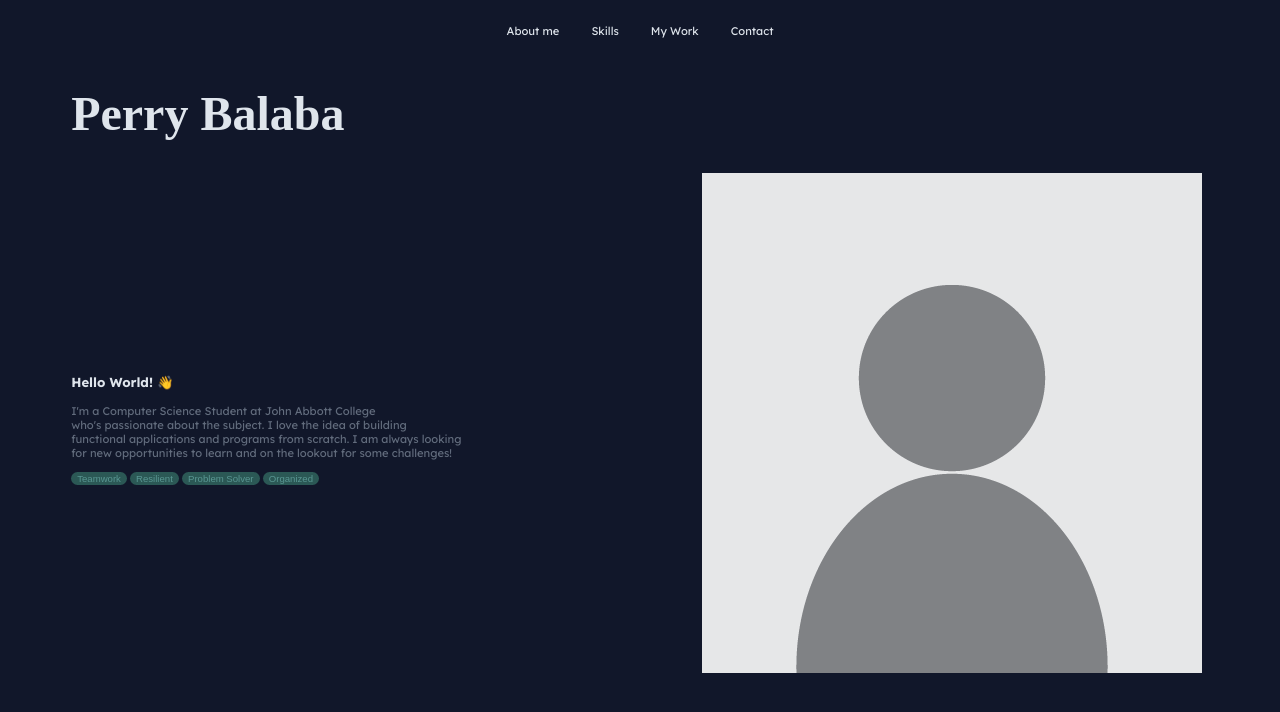
Repository: perrybalaba/perrybalaba
Page: index.html
The author's editor kept a copy of each file at every save. The page is drawn from the files as they stood at one save, then again after the next save.
The browser window is 1280 px wide. The pictures show the whole page.
Some web fonts or font styles are not loaded; a fallback is used.

Above is the page before, as saved 2026-04-24 18:31:30.

### index.html
<!DOCTYPE html>
<html lang="en">
<head>
    <meta charset="UTF-8">
    <meta name="viewport" content="width=device-width, initial-scale=1.0">
    <title>Perry's Portfolio</title>
    <link rel="stylesheet" href="./styles/globals.css"/>
    <link rel="stylesheet" href="./styles/index.css"/>
</head>

<body>
    <main>
        <!-- NAVIGATION BAR -->
        <!-- 👇 TO CHANGE: href -->
        <nav class="Nav-Bar">
            <ul>
                <li><a href="./index.html"> About me </a></li>
                <li><a href="./index.html"> Skills </a></li>
                <li><a href="./index.html"> My Work </a></li>
                <li><a href="./index.html"> Contact </a></li>
            </ul>
        </nav>

        <!-- PAGE HEADER -->
        <header class="Home-Header">
            <h1> Perry Balaba </h1>
        </header>

        <!-- INFORMATION ABOUT ME -->
        <div class ="Info">
            <div class ="Description">
                <h3> Hello World! 👋 </h3>
                <p> I'm a Computer Science Student at John Abbott College <br>
                    who's passionate about the subject. I love the idea of building <br>
                    functional applications and programs from scratch. I am always looking <br>
                    for new opportunities to learn and on the lookout for some challenges!
                </p>

                <!-- SOFT SKILLS -->
                <button type="button" class="Soft-Skills" disabled> Teamwork </button>
                <button type="button" class="Soft-Skills" disabled> Resilient </button>
                <button type="button" class="Soft-Skills" disabled> Problem Solver </button>
                <button type="button" class="Soft-Skills" disabled> Organized </button>
            </div>

            <!-- IMAGE -->
            <!-- 👇 TO CHANGE: Image -->
            <img class="My-Photo" src="./assets/images/blank.png"/>
        </div>
    </main>
</body>
</html>

### styles/globals.css
/* FONTS */
@font-face {
    font-family: "NotoSans";
    src: url(../assets/fonts/Noto_Sans/NotoSans-VariableFont_wdth\,wght.ttf);
}

@font-face {
    font-family: "Lexend";
    src: url(../assets/fonts/Lexend_Deca\,Noto_Sans/Lexend_Deca/LexendDeca-VariableFont_wght.ttf);
}

.Home-Header {
    font-family: "NotoSans";
}

.Nav-Bar {
    font-family: "Lexend";
    color: #dfe5ec;
}

main {
    font-family: "Lexend";
}

/* DESKTOP AND TABLET LAYOUTS */
@media only screen and (min-width: 992px) {
    .Info {
        grid-template-columns: 2fr 2fr;
        align-items: center;
        padding: 0%;
        margin-left: 5%;
        gap: 5%;
    }
}

/* COLOR PALETTE */
body {
    background-color: #11172a;
    color: #626c7d;
}

nav ul li a {
    color: #dfe5ec;
}

h1 {
    color: #dfe5ec
}

h3 {
    color: #dfe5ec;
}

.Soft-Skills {
    color: #599692;
    background-color: #2b5855;
}

### styles/index.css
/* NAVIGATION BAR */
nav ul {
    list-style-type: none;
    margin: 0;
    padding: 0;
    display: flex;
    justify-content: center;
}

nav ul li {
    float: center;
}

nav ul li a {
    display: block;
    text-align: center;
    padding: 1rem;
    text-decoration: none;
    font-size: 0.7rem;
}

nav ul li a:hover {
    transform: scale(1.15);
}

/* CONTENT */
.Home-Header {
    padding: 0;
    font-size: 1.5rem;
    margin-left: 5%;
}

.Info {
    display: grid;
    grid-template-columns: 2fr 2fr;
    align-items: center;
    padding: 0%;
    margin-left: 5%;
    gap: 5%;
}

.Description {
    text-align: left;
    font-size: 0.7rem;
    min-width: 407px;
    min-height: 124px;
}

/* IMAGE */
.My-Photo {
    display: block;
    max-width: 100%;
    height: auto;
}

/* NON-FUNCTIONAL BUTTONS */
.Soft-Skills {
    text-align: center;
    display: inline-block;
    border-radius: 2vw;
    transition-duration: 0.2s;
    max-width: 100%;
    height: 10%;
    font-size: 0.6rem;
    border: none;
    outline: none;
}

.Soft-Skills:hover {
    transform: scale(1.15);
    background-color: aliceblue;
}

After the next save:
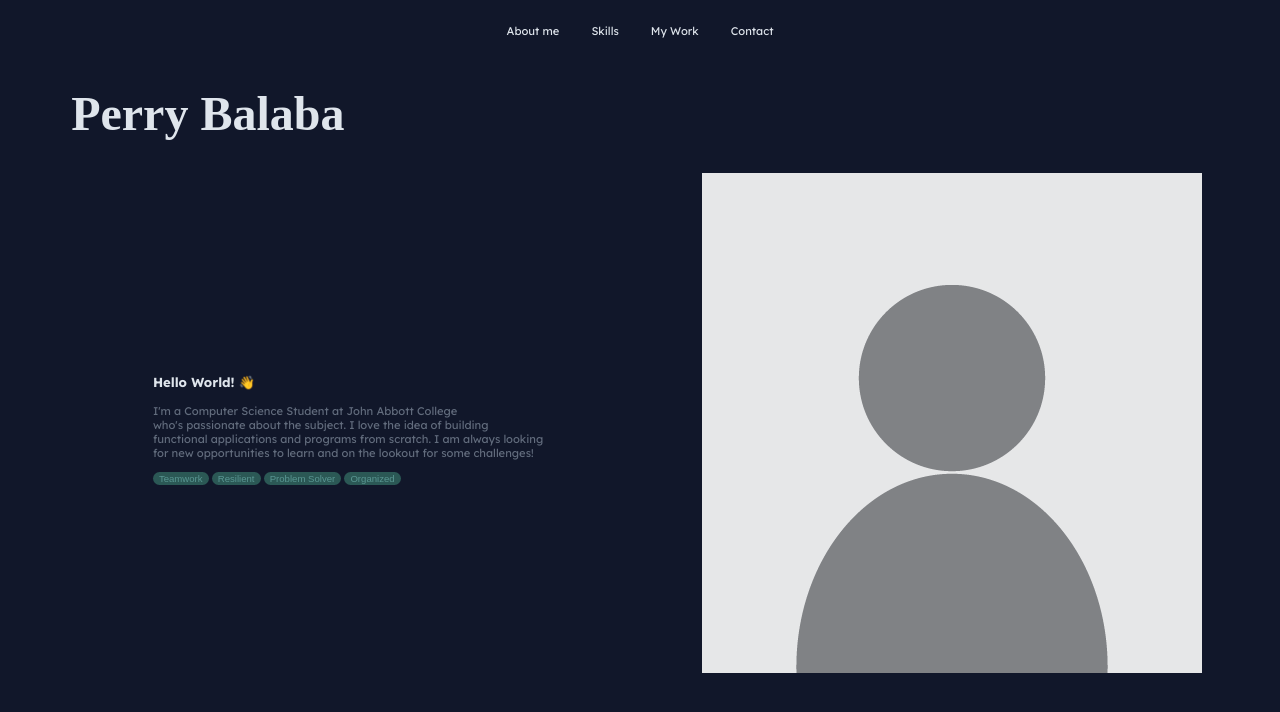
Saved 114 s later.
--- a/styles/index.css
+++ b/styles/index.css
@@ -44,6 +44,7 @@ nav ul li a:hover {
     font-size: 0.7rem;
     min-width: 407px;
     min-height: 124px;
+    margin-inline: auto;
 }
 
 /* IMAGE */
